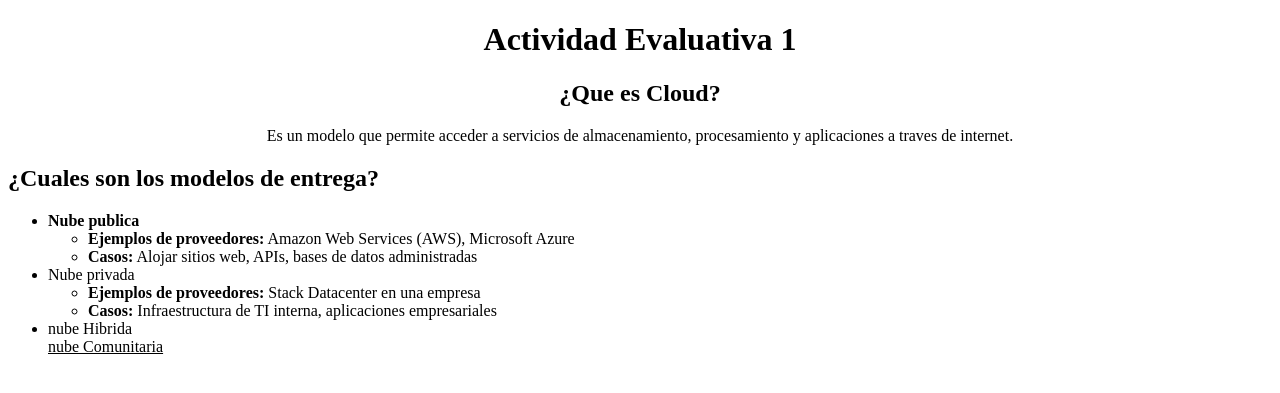
Repository: Laura-Oliveros/Actividad-Evaluativa-1
Page: LauSebas.html
The author's editor kept a copy of each file at every save. The page is drawn from the files as they stood at one save, then again after the next save.
The browser window is 1280 px wide. The pictures show the whole page.

Above is the page before, as saved 2025-09-04 19:03:43.

After the next save:
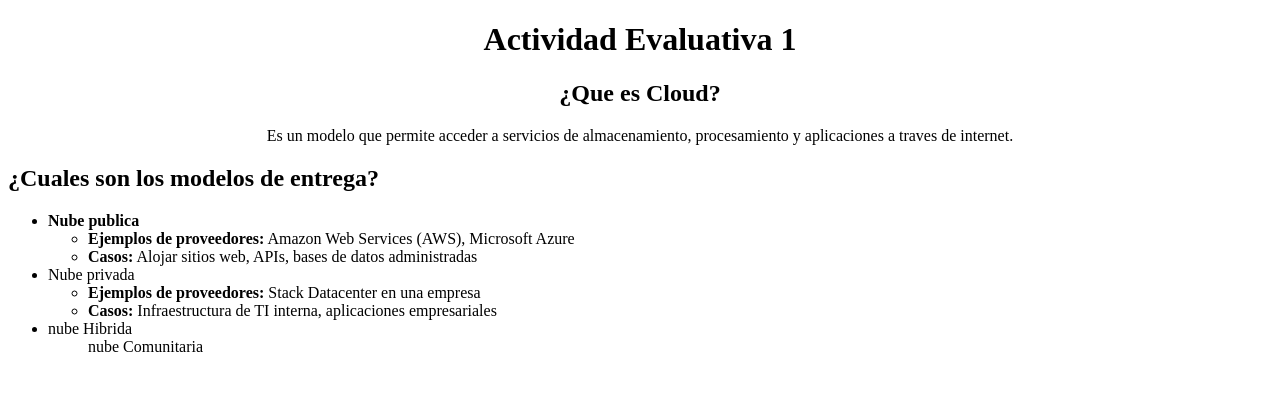
Saved 5 s later.
--- a/LauSebas.html
+++ b/LauSebas.html
@@ -28,7 +28,7 @@
             </ul>
 
             <li>nube Hibrida</li>
-            <u
+            <ul
             <li>nube Comunitaria</li>
         </ul>
 
